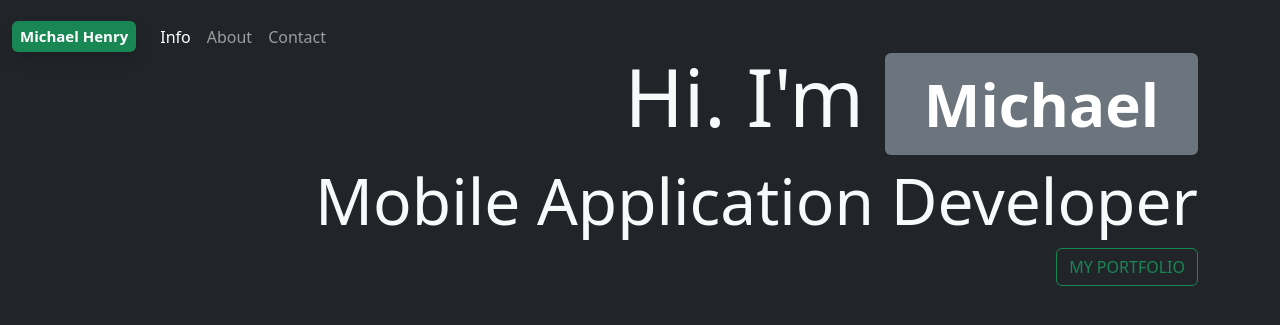
Repository: kenyi-mic/Portfolio_bootstrap
Page: index.html
An editor plug-in stored every save of this project. The page is shown before and after the next save, followed by the edit.
The browser window is 1280 px wide. The pictures show the whole page.

Above is the page before, as saved 2022-11-25 14:03:35.

After the next save:
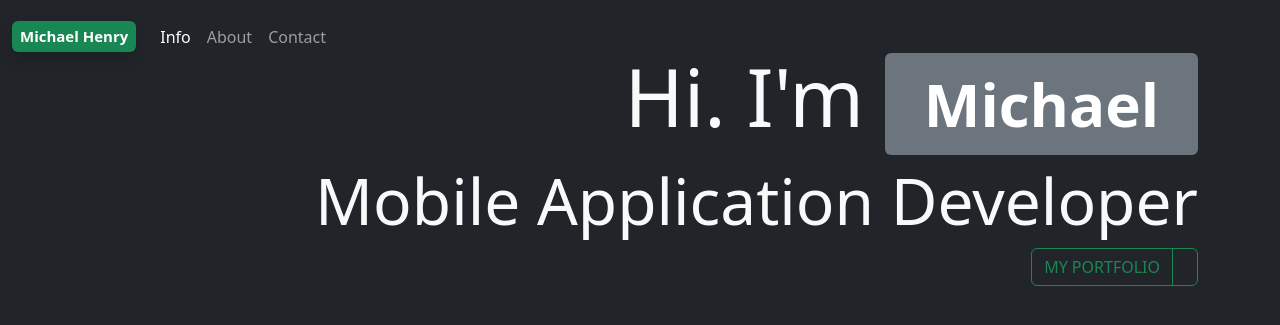
Saved 6 min 42 s later.
--- a/index.html
+++ b/index.html
@@ -44,7 +44,11 @@
         <div class="btn-group">
             <!--Profile btn-->
             <button class="btn btn-outline-success text-uppercase" type="button" data-bs-toggle="offcanvas"
-                data-bs-target="#portfolio">My Portfolio</button>
+                aria-controls="portfolio" data-bs-target="#portfolio">My Portfolio</button>
+
+            <!--Email btn-->
+            <button class="btn btn-outline-success text-uppercase" type="button" data-bs-toggle="offcanvas"
+                aria-controls="portfolio" data-bs-target="#email"><i class="bi bi-envelope-close"></i></button>
         </div>
     </header>
 
